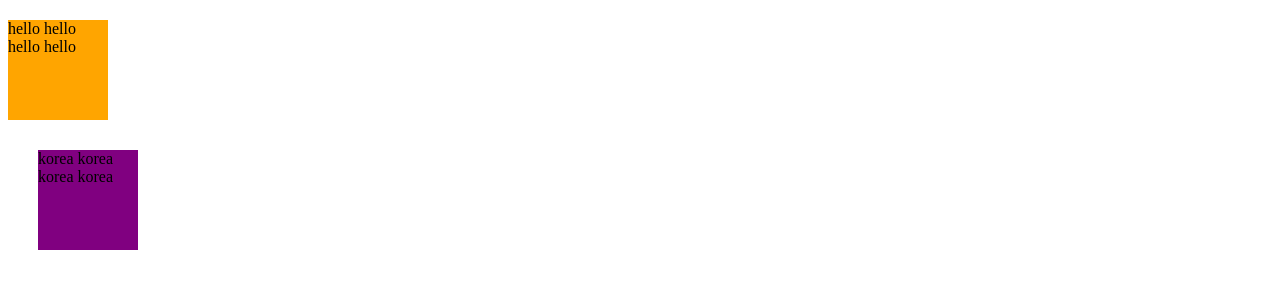
Repository: hminah0215/bitcamp
Page: http://localhost/day0218/exam01/ex09.jsp
An editor plug-in stored every save of this project. The page is shown before and after the next save, followed by the edit.
The browser window is 1280 px wide. The pictures show the whole page.
The page is served by Tomcat 9.

Above is the page before, as saved 2020-02-18 01:18:31.

After the next save:
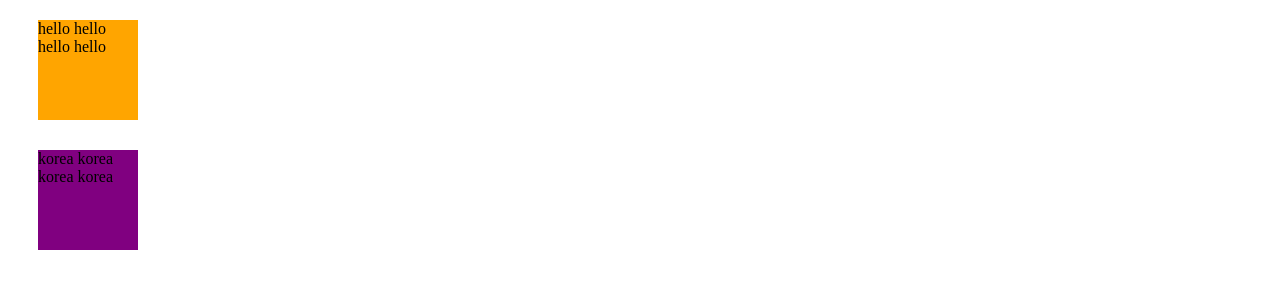
Saved 97 s later.
--- a/save_eclipse/day0218/WebContent/exam01/ex09.jsp
+++ b/save_eclipse/day0218/WebContent/exam01/ex09.jsp
@@ -6,7 +6,7 @@
 <meta charset="UTF-8">
 <title>Insert title here</title>
 <style type="text/css">
-	#first{width: 100px; height: 100px; background: orange; margin-top: 20px;}
+	#first{width: 100px; height: 100px; background: orange; margin: 20px 0px 0px 30px;}
 	#second{width: 100px; height: 100px; background: purple; margin: 30px;}
 </style>
 </head>
